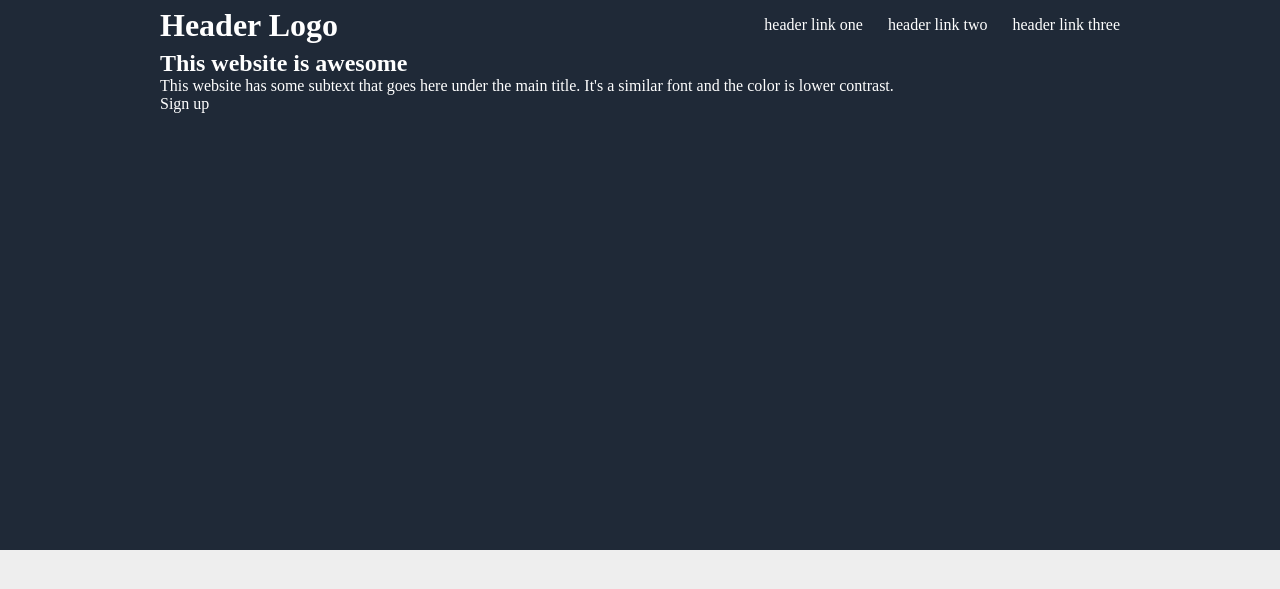
Repository: Pafestivo/Dummy-Landing-Page
Page: index.html
These files come from the project's save history. The page is drawn as it stood at one moment and after the next save; the edit follows.
The browser window is 1280 px wide. The pictures show the whole page.

Above is the page before, as saved 2022-09-26 17:52:18.

After the next save:
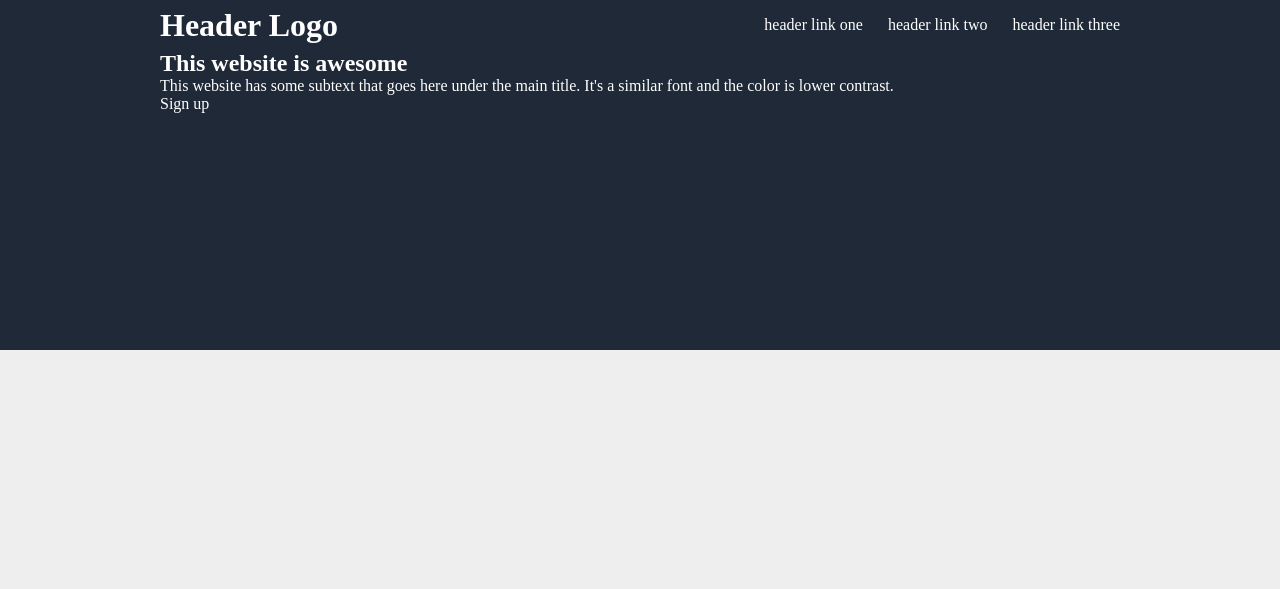
Saved 29 s later.
--- a/styles.css
+++ b/styles.css
@@ -43,7 +43,7 @@ header nav {
 /* First section  */
 .first {
   background-color: #1F2937;
-  height: 500px;
+  height: 300px;
   color: #fff;
 }
 /* End first section  */
